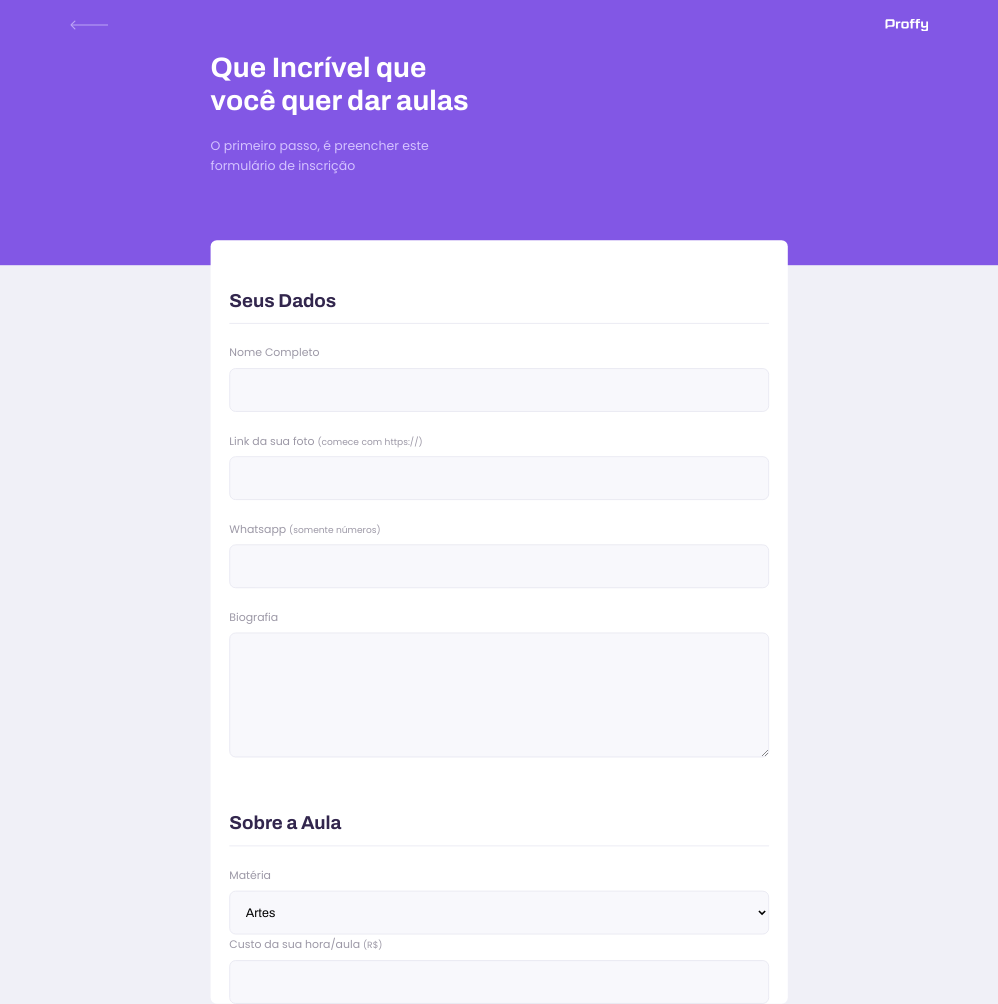
Repository: LukeVersus/NLW
Page: give-classes.html
The author's editor kept a copy of each file at every save. The page is drawn from the files as they stood at one save, then again after the next save.
The browser window is 1280 px wide. The pictures show the whole page, at 78% of full size.

Above is the page before, as saved 2020-08-05 22:03:28.

### give-classes.html
<!DOCTYPE html>
<html lang="pt_br">
<head>
    <meta charset="UTF-8">
    <meta name="viewport" content="width=device-width, initial-scale=1.0">
    <title>Proffy | Sua Plataforma de Estudos Online</title>
    <link rel="stylesheet" href="/styles/main.css">
    <link rel="stylesheet" href="/styles/partials/header.css">
    <link rel="stylesheet" href="/styles/partials/forms.css">
    <link rel="stylesheet" href="/styles/partials/page-give-classes.css">
    <link href="https://fonts.googleapis.com/css2?family=Archivo:wght@400;700&amp;family=Poppins:wght@400;600&amp;display=swap" rel="stylesheet">

</head>
<body id="page-give-classes">

    <div id="container">
        <header class="page-header">
            <div class="top-bar-container">
                <a href="/">
                    <img src="/images/icons/back.svg" alt="Voltar">
                </a>
                <img src="/images/logo.svg" alt="Proffy">
            </div>
            <div class="header-content">
               <strong>Que Incrível que você quer dar aulas</strong>
               <p>O primeiro passo, é preencher este formulário de inscrição</p>
            </div>
        </header>
        <main>
           <form action="" id="create-class">
               <fieldset>
                   <legend>Seus Dados</legend>
                   <div class="input-block">
                       <label for="name">Nome Completo</label>
                       <input name="name" id="name" required>
                   </div>
                   <div class="input-block">
                       <label for="avatar">Link da sua foto <small>(comece com https://)</small></label>
                       <input name="avatar" id="avatar" type="url" required>
                   </div>
                   <div class="input-block">
                       <label for="whatsapp">Whatsapp <small>(somente números)</small></label>
                       <input name="whatsapp" id="whatsapp" type="number" required>
                   </div>
                   <div class="textarea-block">
                       <label for="bio">Biografia</label>
                       <textarea name="bio" id="bio" required></textarea>
                   </div>
               </fieldset>
               <fieldset>
                   <legend>Sobre a Aula</legend>
                   <div class="select-block">
                       <label for="subject">Matéria</label>
                       <select name="subject" id="subject" required>
                        <option value="" disabled="" hidden="">Selecione Uma Opção</option>
                        <option value="1">Artes</option>
                        <option value="2">Biologia</option>
                        <option value="3">Ciências</option>
                        <option value="4">Educação Física</option>
                        <option value="5">Espanhol</option>
                        <option value="6">Física</option>
                        <option value="7">Geografia</option>
                        <option value="8">História</option>
                        <option value="9">Inglês</option>
                        <option value="10">Matemática</option>
                        <option value="11">Português</option>
                        <option value="12">Química</option>
                       </select>
                   </div>
                   <div class="input-block">
                       <label for="cost">Custo da sua hora/aula <small>(R$)</small></label>
                       <input name="cost" id="cost" type="number" required>
                   </div>
               </fieldset>
           </form>
        </main>
    </div>


</body>
</html>

### styles/main.css
:root{
    --color-background: #F0F0F7;
    --color-primary-lighter: #9871F5;
    --color-primary-light: #916BEA;
    --color-primary: #8257E5;
    --color-primary-dark: #774DD6;
    --color-primary-darker: #6842C2;
    --color-secondary: #04D361;
    --color-secondary-dark: #04BF58;
    --color-title-in-primary: #FFFFFF;
    --color-text-in-primary: #D4C2FF;
    --color-text-title: #32264D;
    --color-text-complement: #9C98A6;
    --color-text-base: #6A6180;
    --color-line-in-white: #E6E6F0;
    --color-input-background: #F8F8FC;
    --color-button-text: #FFFFFF;
    --color-box-base: #FFFFFF;
    --color-box-footer: #FAFAFC;
    --color-small-info: #C1BCCC;
    /*tamanho da fonte padrão: 16px - 100% - 1rem */
    font-size: 60%; /*Controle das medidas rem e % */
}

* {
    margin: 0;
    padding: 0;
    box-sizing: border-box;
}

html, body{
    height: 100vh;
}

body{
    background: var(--color-background);
    display: flex;
    align-items: center;
    justify-content: center;
}

body, input, button, textarea{
    font: 500 1.6rem Poppins;
    color: var(--color-text-base);
}

#container{
    width: 90vw;
    max-width: 700px;
}

@media (min-width: 700px){
    :root{
        font-size: 62.5%;
    }
}

### styles/partials/header.css

.page-header{
    background-color: var(--color-primary);
    display: flex;
    flex-direction: column;
}

.page-header .top-bar-container{
    width: 90%;
    margin: 0 auto;
    display: flex;
    align-items: center;
    justify-content: space-between;
    padding: 1.6rem 0;
}

.page-header .top-bar-container a{
    height: 3.2rem;
    transition: opacity 0.2s;
}

.page-header .top-bar-container a:hover{
    opacity: 0.6;
}

.page-header .top-bar-container > img{
    height: 1.6rem;
}

.page-header .header-content{
    width: 90%;
    margin: 3.2rem auto;
    position: relative;
}

.page-header .header-content strong{
    font: 700 3.6rem Archivo;
    line-height: 4.2rem;
    color: var(--color-title-in-primary);
}

.page-header .header-content p{
    max-width: 30rem;
    font-size: 1.6rem;
    line-height: 2.6rem;
    color: var(--color-text-in-primary);
    margin-top: 2.4rem;
}


@media (min-width:700px){

    .page-header{
        height: 340px;
    }

    .page-header .top-bar-container{
        max-width: 1100px;
    }

    .page-header .header-content{
        max-width: 740px;
        margin: 0 auto;
        flex: 1 1;
        padding-bottom: 48px;
        display: flex;
        flex-direction: column;
        justify-content: center;
    }

    .page-header .header-content strong{
        max-width: 350px;
    }




}

### styles/partials/forms.css
.select-block label,
.input-block label,
.textarea-block label{
    font-size: 1.4rem;
    color: var(--color-text-complement);
}

.input-block input,
.select-block select,
.textarea-block textarea{
    width: 100%;
    height: 5.6rem;
    margin-top: 0.8rem;
    border-radius: 0.8rem;
    background: var(--color-input-background);
    border: 1px solid var(--color-line-in-white);
    outline: 0;
    padding: 0 1.6rem;
    font: 1.6rem Archivo;
}

.textarea-block textarea{
    padding: 1.2rem 1.6rem;
    height: 16rem;
    resize: vertical;
}

.input-block
.textarea-block{
    position: relative;
}

.input-block:focus-within::after,
.textarea-block:focus-within::after{
    content: "";
    width: calc(100% - 3.2rem);
    height: 2px;
    background: var(--color-primary-light);
    position: absolute;
    left: 1.6rem;
    right: 1.6rem;
    bottom: 0;
}

### styles/partials/page-give-classes.css
#page-give-classes #container{
    width: 100vw;
    height: 100vh;
}

#page-give-classes .page-header .header-content{
    margin-bottom: 6.4rem;
}

#page-give-classes main{
    background: var(--color-box-base);
    width: 100%;
    max-width: 74rem;
    border-radius: 0.8rem;
    margin: -3.2rem auto 3.2rem;
    padding-top: 6.4rem;
}

#page-give-classes fieldset{
    border: none;
    padding: 0 2.4rem;
}

#page-give-classes fieldset legend{
    font: 700 2.4rem Archivo;
    color: var(--color-text-title);
    margin-bottom: 2.4rem;
    display: flex;
    align-items: center;
    justify-content: space-between;
    width: 100%;
    padding-bottom: 1.6rem;
    border-bottom: 1px solid var(--color-line-in-white);
}

#page-give-classes fieldset+fieldset{
    margin-top: 6.4rem;
}

#page-give-classes .input-block+.input-block,
#page-give-classes .input-block+.textarea-block,
#page-give-classes .select-block+.textarea-block{
    margin-top: 2.4rem;
}



@media(min-width: 700px){
    #page-give-classes #container{
        max-width: 100vw;
    }
}

After the next save:
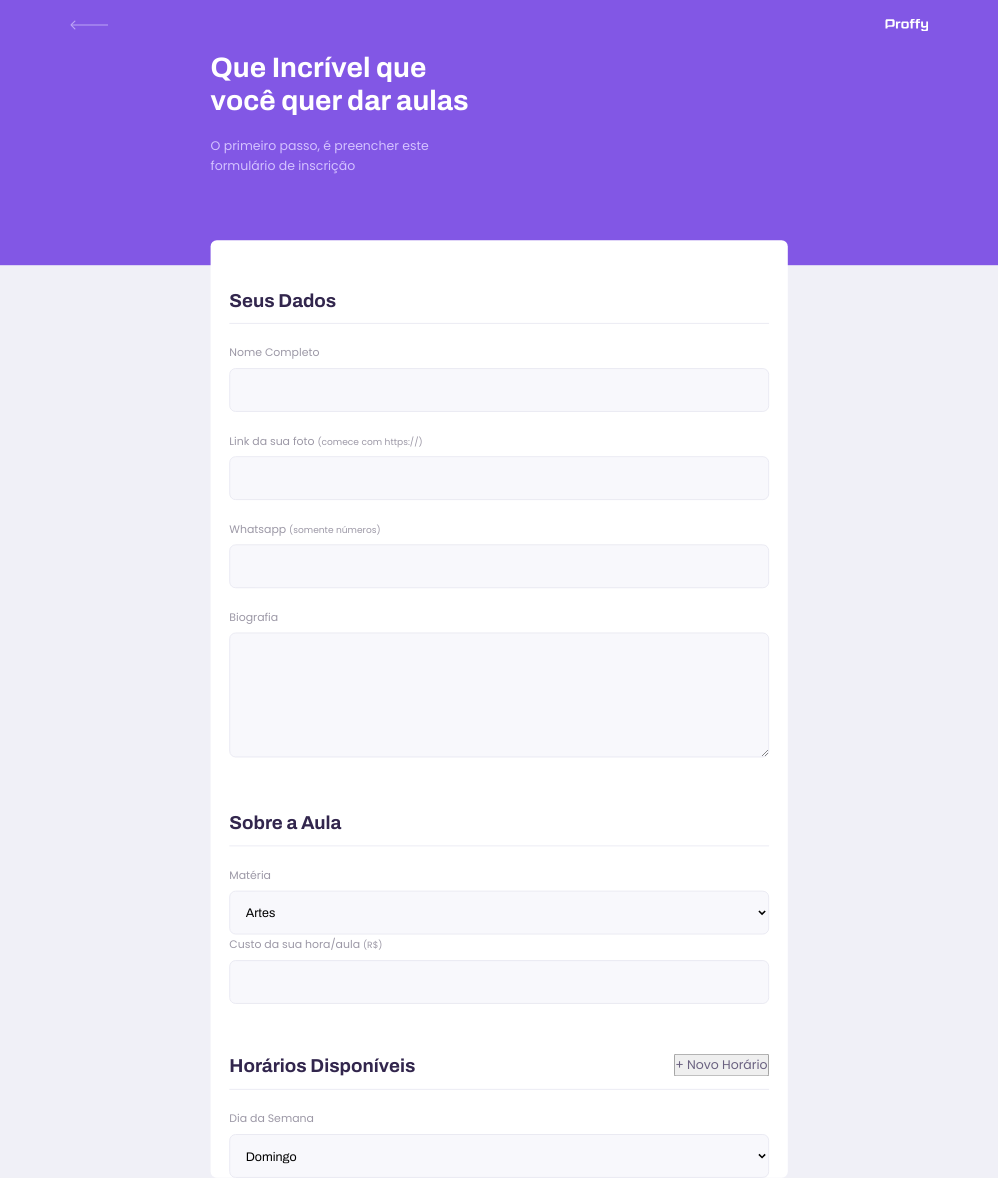
Saved 3 min 10 s later.
--- a/give-classes.html
+++ b/give-classes.html
@@ -72,6 +72,26 @@
                        <input name="cost" id="cost" type="number" required>
                    </div>
                </fieldset>
+               <fieldset>
+                   <legend>Horários Disponíveis
+                       <button id="add-time">+ Novo Horário</button>
+                   </legend>
+                   <div class="schedule-item">
+                       <div class="select-block">
+                           <label for="weekday">Dia da Semana</label>
+                           <select name="weekday[]" id="weekday" required>
+                            <option value="" disabled="" hidden="">Selecione Uma Opção</option>
+                            <option value="1">Domingo</option>
+                            <option value="2">Segunda-Feira</option>
+                            <option value="3">Terça-Feira</option>
+                            <option value="4">Quarta-Feira</option>
+                            <option value="5">Quinta-Feira</option>
+                            <option value="6">Sexta-Feira</option>
+                            <option value="7">Sábado</option>
+                           </select>
+                       </div>
+                   </div>
+               </fieldset>
            </form>
         </main>
     </div>
